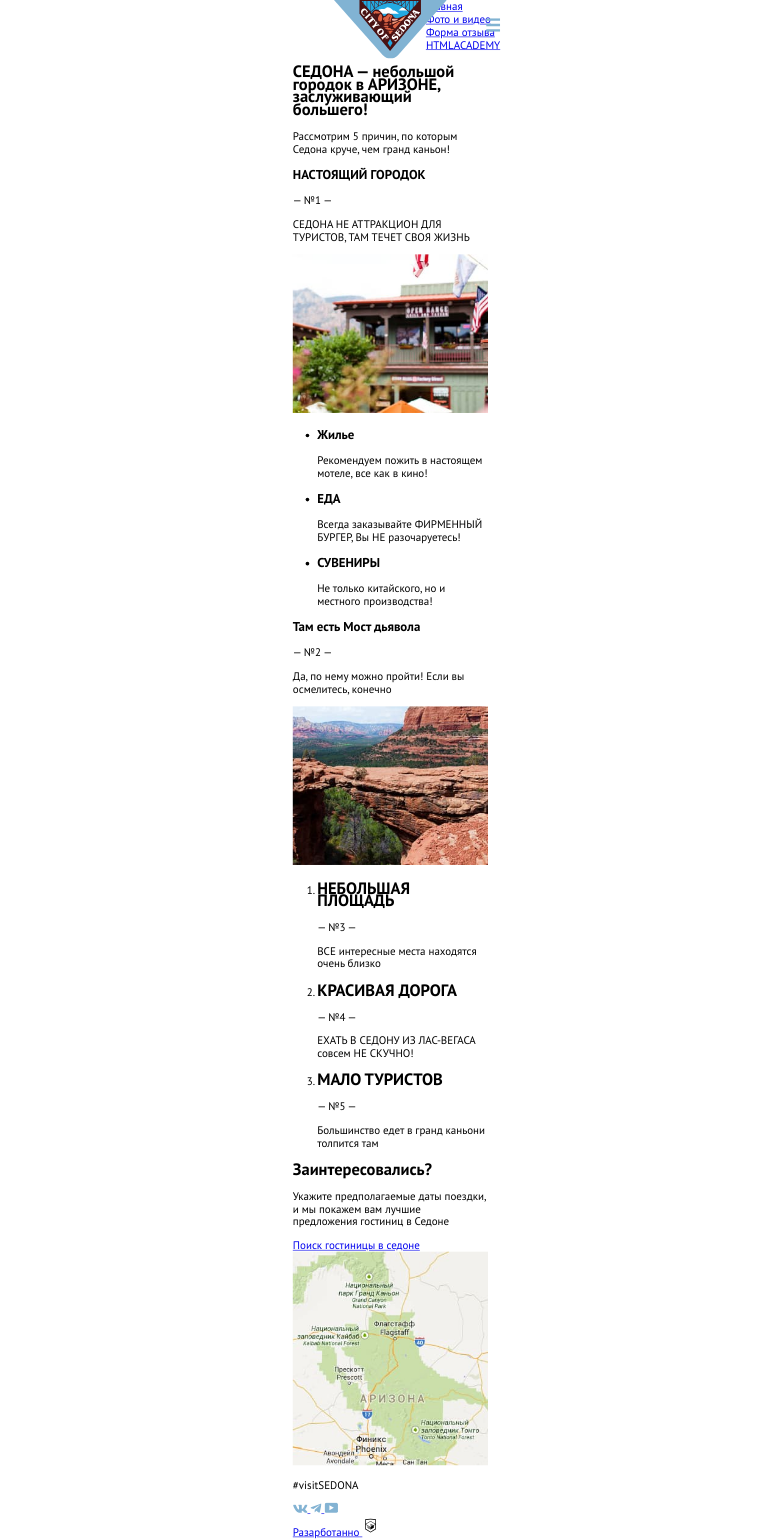
Repository: iKrekus/2149661-sedona-27
Page: source/index.html
An editor plug-in stored every save of this project. The page is shown before and after the next save, followed by the edit.
The browser window is 1280 px wide. The pictures show the whole page, at 61% of full size.
The style sheet was rebuilt from its Sass, Less or Tailwind sources for each picture, by a compiler version that may differ from the author's.

Above is the page before, as saved 2022-12-02 20:25:54.

### source/index.html
<!DOCTYPE html>
<html class="page" lang="ru">
  <head>
    <meta charset="utf-8">
    <link rel="stylesheet" href="css/style.css">
    <title>HTML Academy: Седона</title>
  </head>
<body class="page__body">
  <header class="main-header">
    <a class="main-header__logo">
      <img src="img/logos/logo.svg" width="185" height="96" alt="Логотип 'Седона'.">
    </a>
    <div class="main-nav">
      <button class="main-nav__toggle" type="button">
        <span class="visually-hidden">Меню</span>
        <svg width="23" height="22" viewBox="0 0 23 22" fill="none" xmlns="http://www.w3.org/2000/svg"><path d="M22.9 0H0v4h22.9V0ZM22.9 9H0v4h22.9V9ZM22.9 18H0v4h22.9v-4Z" fill="#81B3D2"/></svg>
      </button>
      <nav class="main-nav__wrapper main-nav__wrapper--hidden">
        <a class="main-nav__item main-nav__item--current" href="index.html">
          Главная
        </a>
        <a class="main-nav__item" href="catalog.html">
          Фото и видео
        </a>
        <a class="main-nav__item" href="form.html">
          Форма отзыва
        </a>
        <a class="main-nav__item" href="https://htmlacademy.ru/">
          HTMLACADEMY
        </a>
      </nav>
    </div>
  </header>
  <main class="main-container">
    <h1 class="visually-hidden">Поиск гостиниц в Седоне</h1>
    <div class="hero-wrapper">
      <section class="hero-block">
        <h2 class="hero-block__title">
          СЕДОНА — небольшой городок в АРИЗОНЕ, заслуживающий большего!
        </h2>
        <p class="hero-block__description">
          Рассмотрим 5 причин, по которым Седона круче, чем гранд каньон!
        </p>
      </section>
    </div>
    <section class="features">
        <h3 class="features__features-title">
          НАСТОЯЩИЙ ГОРОДОК
        </h3>
        <p class="features__features-divider">
          <!--Далее будет сделан через псевдоэлемент Или потом будет выводится, как номер пункта в списке, если переделать features в список-->
          — №1 —
        </p>
        <p class="features__features-title">
          СЕДОНА НЕ АТТРАКЦИОН ДЛЯ ТУРИСТОВ, ТАМ ТЕЧЕТ СВОЯ ЖИЗНЬ
        </p>
      <img src="img/photo/sedona-town-mobile.jpg" alt="Фото Города." width="320" height="260">
    </section>
    <section class="advantages">
      <ul class="advantages__list advantages__list--no-number">
        <li class="advantages__item">
          <h3 class="advantages__title">
            Жилье
          </h3>
          <p class="advantages__description">
            Рекомендуем пожить в настоящем мотеле, все как в кино!
          </p>
        </li>
        <li class="advantages__item">
          <h3 class="advantages__title">
            ЕДА
          </h3>
          <p class="advantages__description">
            Всегда заказывайте ФИРМЕННЫЙ БУРГЕР, Вы НЕ разочаруетесь!
          </p>
        </li>
        <li class="advantages__item">
          <h3 class="advantages__title">
            СУВЕНИРЫ
          </h3>
          <p class="advantages__description">
            Не только китайского, но и местного производства!
          </p>
        </li>
      </ul>
    </section>
    <section class="features">
        <h3 class="features__features-title">
          Там есть Мост дьявола
        </h3>
        <p class="features__features-divider">
          <!--Далее будет сделан через псевдоэлемент Или потом будет выводится, как номер пункта в списке, если переделать features в список-->
          — №2 —
        </p>
        <p class="features__features-title">
          Да, по нему можно пройти! Если вы осмелитесь, конечно
        </p>
      <img src="img/photo/devil-gridge-mobile.jpg" alt="Фото - 'Мост дьявола'." width="320" height="260">
    </section>
    <section class="advantages">
      <ol class="advantages__list">
        <li class="advantages__item">
          <h2 class="advantages__title">
            НЕБОЛЬШАЯ ПЛОЩАДЬ
          </h2>
          <p class="advantages__advantages-divider">
            <!--Далее будет сделан через псевдоэлемент Или потом будет выводится, как номер пункта в списке, если переделать features в список-->
            — №3 —
          </p>
          <p class="advantages__description">
            ВСЕ интересные места находятся очень близко
          </p>
        </li>
        <li class="advantages__item">
          <h2 class="advantages__title">
            КРАСИВАЯ ДОРОГА
          </h2>
          <p class="advantages__advantages-divider">
            <!--Далее будет сделан через псевдоэлемент Или потом будет выводится, как номер пункта в списке, если переделать features в список-->
            — №4 —
          </p>
          <p class="advantages__description">
            ЕХАТЬ В СЕДОНУ ИЗ ЛАС-ВЕГАСА совсем НЕ СКУЧНО!
          </p>
        </li>
        <li class="advantages__item">
          <h2 class="advantages__title">
            МАЛО ТУРИСТОВ
          </h2>
          <p class="advantages__advantages-divider">
            <!--Далее будет сделан через псевдоэлемент Или потом будет выводится, как номер пункта в списке, если переделать features в список-->
            — №5 —
          </p>
          <p class="advantages__description">
            Большинство едет в гранд каньони толпится там
          </p>
        </li>
      </ol>
    </section>
    <section class="action-form">
      <h2 class="action-form__title">Заинтересовались?</h2>
      <p class="action-form__description">Укажите предполагаемые даты поездки,<br>и мы покажем вам лучшие предложения гостиниц в Седоне</p>
      <a class="action-form__link button button-serch" href="#">Поиск гостиницы в седоне</a>
    </section>
    <div class="search-map">
      <img src="img/photo/map-mobile.jpg" alt="Карта." width="320" height="350">
    </div>
  </main>
  <footer class="main-footer">
    <p class="main-footer__title">
      #visitSEDONA
    </p>
      <div class="main-footer__social">
          <a class="main-footer__link button" href="https://vk.com/htmlacademy">
              <span class="visually-hidden">Вконтакте</span>
              <svg aria-hidden="true" focusable="false" width="24" height="14" fill="none" xmlns="http://www.w3.org/2000/svg">
                <path fill-rule="evenodd" clip-rule="evenodd" d="M24.116 1.804c.166-.546 0-.948-.795-.948h-2.625c-.668 0-.976.347-1.143.73 0 0-1.335 3.196-3.226 5.272-.612.602-.89.793-1.224.793-.167 0-.418-.19-.418-.738V1.804c0-.656-.184-.948-.74-.948H9.817c-.417
              0-.668.304-.668.593 0 .621.946.765 1.043 2.513V7.76c0 .833-.153.984-.487.984-.89 0-3.055-3.21-4.34-6.885-.249-.715-.5-1.003-1.172-1.003H1.566c-.75 0-.9.347-.9.73 0 .682.89 4.07 4.145 8.551 2.17 3.06 5.225 4.72 8.008 4.72 1.67 0 1.875-.369
              1.875-1.004V11.54c0-.737.158-.884.687-.884.39 0 1.057.192 2.615 1.667 1.78 1.75 2.073 2.533 3.075 2.533h2.625c.75 0 1.126-.368.91-1.096-.238-.724-1.088-1.775-2.215-3.022-.612-.71-1.53-1.475-1.809-1.858-.389-.49-.278-.71 0-1.147 0 0 3.2-4.426
              3.533-5.929h.001Z" fill="#83B3D3"/>
              </svg>
          </a>
          <a class="main-footer__link button" href="https://t.me/htmlacademy">
              <span class="visually-hidden">Телеграмм</span>
              <svg aria-hidden="true" focusable="false" width="18" height="16" fill="none" xmlns="http://www.w3.org/2000/svg">
                <path d="M16.79.96.84 7.1c-1.09.44-1.08 1.05-.2 1.32l4.1 1.28 9.47-5.98c.44-.27.85-.13.52.17l-7.68 6.93-.28 4.22c.41 0 .6-.2.83-.41l1.99-1.94 4.13 3.06c.77.42 1.31.2 1.5-.71l2.72-12.8c.28-1.1-.43-1.61-1.16-1.28Z" fill="#83B3D3"/>
              </svg>
          </a>
          <a class="main-footer__link button" href="https://www.youtube.com/user/htmlacademyru">
              <span class="visually-hidden">Youtube</span>
              <svg aria-hidden="true" focusable="false" width="22" height="17" fill="none" xmlns="http://www.w3.org/2000/svg">
                <path d="M18.94.356H3.507C1.647.356.333 1.95.333 3.756V13.85c0 1.913 1.314 3.506 3.174 3.506H19.16c1.642 0 3.174-1.593 3.174-3.4v-10.2c-.219-1.806-1.532-3.4-3.393-3.4ZM7.995 12.894V4.819l7.333 4.037-7.333 4.038Z" fill="#83B3D3"/>
              </svg>
          </a>
      </div>
      <div class="copyrirht-footer-wrapper">
        <div class="copyrirht-footer">
          <a class="copyrirht-footer__link" href="https://htmlacademy.ru/">
            <span class="copyrirht-footer__description">Разарботанно</span>
            <span class="visually-hidden">HTML Academy</span>
            <svg xmlns="http://www.w3.org/2000/svg" viewBox="0 0 60 60" width="27" height="34"><path fill="#000000" d="M30.2 5h-.2l-19.7 2.1v36.2l19.7 11.7 19.7-11.7v-36.2l-19.5-2.1zm17 36.8l-17.2 10.2-17.2-10.2v-14.8l17.1 10.2v1.8l-11.7-7v1.8l11.8 7.1v1.9l-11.8-7v1.8l11.8 7 11.9-7.1v-7.6l5.3-3.2v15.1zm-.1-17l-4.7 2.8-2.2 1.3-10.3-6.1v1.8l8.8 5.3h-.1l-.2.1-1.3.7-7.3-4.3v1.8l5.8 3.4-1.4.9-4.3-2.6v1.8l2.9 1.7-2.9 1.7-17-10.1 17-10.2 17.2 10zm.1-1.8l-17.3-10.2-17.1 10.2v-13.6l17.2-1.8 17.2 1.8v13.6z"/></svg>
          </a>
        </div>
      </div>
  </footer>
</body>
</html>

### source/sass/style.scss
// Начните писать стили здесь
@use "./blocks/header/main-header.scss";
@use "./blocks/header/main-container.scss";
@use "./blocks/header/main-nav.scss";

@font-face {
  font-family: "PT sans";
  src: url("../fonts/ptsans.woff") format("woof"), url("../fonts/ptsans.woff2") format("woff2");
  font-style: normal;
  font-weight: 400;
  font-display: swap;
}

@font-face {
  font-family: "PT sans";
  src: url("../fonts/ptsansbold.woff") format("woof"), url("../fonts/ptsansbold.woff2") format("woff2");
  font-style: normal;
  font-weight: 700;
  font-display: swap;
}

.page__body {
  font-family: "PT Sans", sans-serif;
  font-size: 18px;
  font-style: normal;
  font-weight: 400;
  line-height: 21px;
  display: -webkit-box;
  display: -ms-flexbox;
  display: flex;
  -webkit-box-orient: vertical;
  -webkit-box-direction: normal;
  -ms-flex-direction: column;
  flex-direction: column;
  min-height: 100%;
  width: 320px;
  margin: 0 auto;
}

.visually-hidden {
  position: absolute;
  width: 1px;
  height: 1px;
  margin: -1px;
  border: 0;
  padding: 0;
  white-space: nowrap;
  clip-path: inset(100%);
  clip: rect(0 0 0 0);
  overflow: hidden;
}

### source/sass/blocks/header/main-header.scss
.main-header {
  background-color: #ffffff;
  position: relative;
}

.main-header__logo {
  position: absolute;
  z-index: 1;
  left: 50%;
  transform: translateX(-50%);
}

/* .main-header__menu {
  width: 100%;
  min-height: 56px;
} */

### source/sass/blocks/header/main-nav.scss
.main-nav {
  width: 100%;
  min-height: 56px;
  padding: 0 20px;
  display: flex;
  justify-content: end;
  align-items: center;
  position: relative;
}

.main-nav__wrapper {
  display: flex;
  flex-direction: column;
  justify-content: center;
}

/* .main-nav__wrapper--hidden {
  display: none;
} */

.main-nav__toggle {
  position: absolute;
  background: none;
  border: none;
  padding: 0;
  margin: 0;

  /* &:hover + .main-nav__wrapper, */
  &--is-active + .main-nav__wrapper {
    display: block;
  }
}

Loaded but not shown: source/sass/blocks/header/main-container.scss (no stored copy; drawn as an empty file)

After the next save:
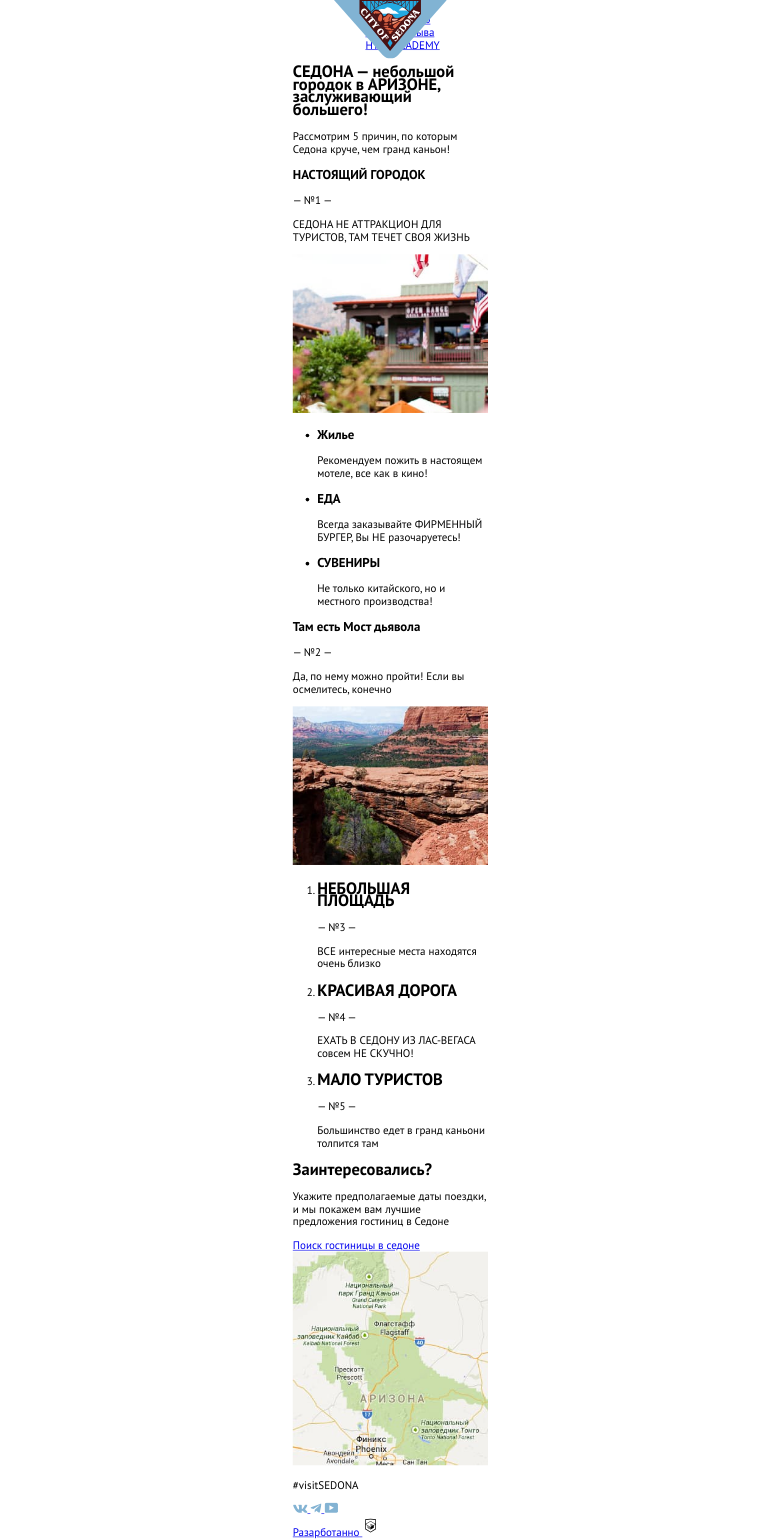
Saved 57 s later.
--- a/source/sass/blocks/header/main-nav.scss
+++ b/source/sass/blocks/header/main-nav.scss
@@ -3,7 +3,7 @@
   min-height: 56px;
   padding: 0 20px;
   display: flex;
-  justify-content: end;
+  justify-content: center;
   align-items: center;
   position: relative;
 }
